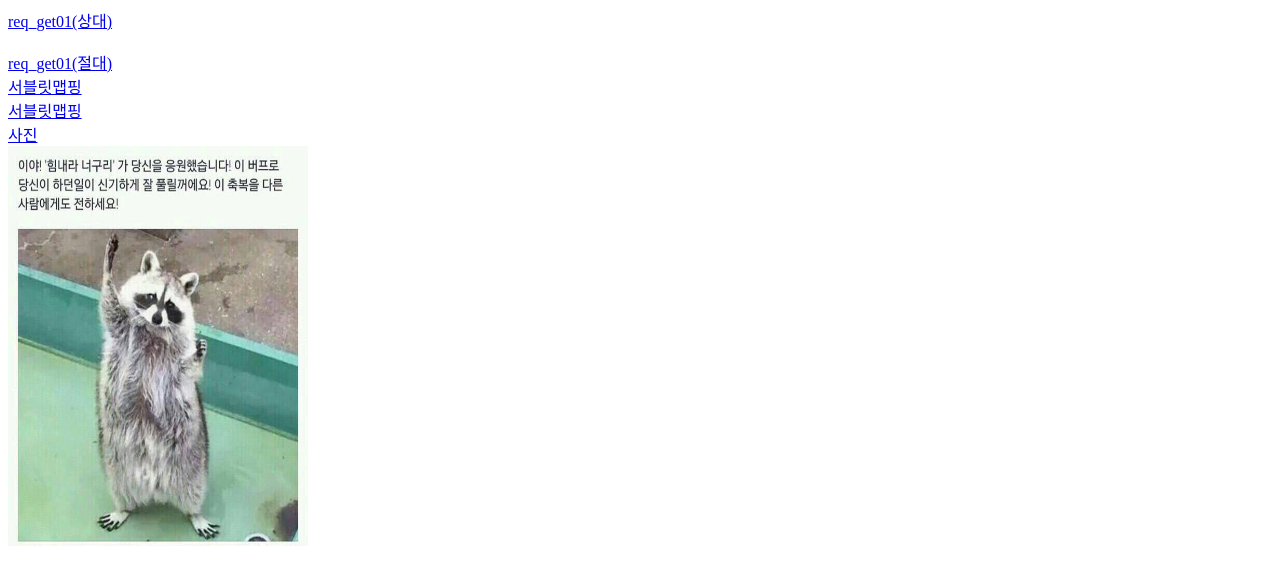
Repository: sun2898/JSP
Page: http://localhost/JSPBasic/path/test/path_quiz.jsp
The author's editor kept a copy of each file at every save. The page is drawn from the files as they stood at one save, then again after the next save.
The browser window is 1280 px wide. The pictures show the whole page.
The page is served by Tomcat 9. Other server files are loaded and not shown.

Above is the page before, as saved 2023-06-02 08:28:46.

### JSPBasic/src/main/webapp/path/test/path_quiz.jsp
<%@ page language="java" contentType="text/html; charset=UTF-8"
    pageEncoding="UTF-8"%>
<!DOCTYPE html>
<html>
<head>
<meta charset="UTF-8">
<title>Insert title here</title>
</head>
<body>
	<!-- a태그를 사용해서 req_get01페이지로 상대경로 -->
	<a href="../../request/req_get01.jsp">req_get01(상대)</a><br/>
	<br/>

	<!-- a태그를 사용해서 req_get01페이지로 절대경로(맵핑 경로를 확인) -->
	<a href="/JSPBasic/request/req_get01.jsp">req_get01(절대)</a><br/>

	<!-- a태그를 사용해서 DemoServlet으로 상대경로 -->
	<a href="../../banana">서블릿맵핑</a><br/>
	<!-- a태그를 사용해서 DemoServlet으로 절대경로 -->
	<a href="/JSPBasic/banana">서블릿맵핑</a><br/>
	<!-- jsptag폴더 밑에 있는 이미지를 띄운다. (img태그로) -->
	<a href="../../jsptag/364.jpg">사진</a><br/>
	<img src="../../jsptag/364.jpg" width="300" height="400">

</body>
</html>

After the next save:
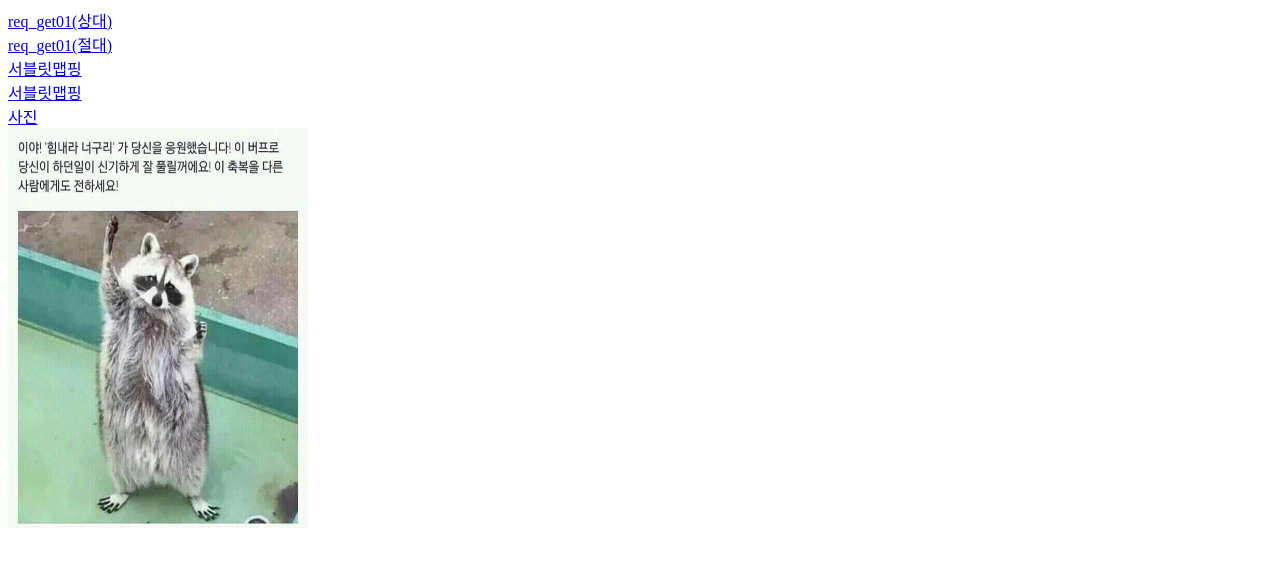
Saved 19 s later.
--- a/JSPBasic/src/main/webapp/path/test/path_quiz.jsp
+++ b/JSPBasic/src/main/webapp/path/test/path_quiz.jsp
@@ -8,18 +8,21 @@
 </head>
 <body>
 	<!-- a태그를 사용해서 req_get01페이지로 상대경로 -->
-	<a href="../../request/req_get01.jsp">req_get01(상대)</a><br/>
+	<a href="../../request/req_get01.jsp">req_get01(상대)</a>
 	<br/>
 
 	<!-- a태그를 사용해서 req_get01페이지로 절대경로(맵핑 경로를 확인) -->
-	<a href="/JSPBasic/request/req_get01.jsp">req_get01(절대)</a><br/>
-
+	<a href="/JSPBasic/request/req_get01.jsp">req_get01(절대)</a>
+	<br/>
 	<!-- a태그를 사용해서 DemoServlet으로 상대경로 -->
-	<a href="../../banana">서블릿맵핑</a><br/>
+	<a href="../../banana">서블릿맵핑</a>
+	<br/>
 	<!-- a태그를 사용해서 DemoServlet으로 절대경로 -->
-	<a href="/JSPBasic/banana">서블릿맵핑</a><br/>
+	<a href="/JSPBasic/banana">서블릿맵핑</a>
+	<br/>
 	<!-- jsptag폴더 밑에 있는 이미지를 띄운다. (img태그로) -->
-	<a href="../../jsptag/364.jpg">사진</a><br/>
+	<a href="../../jsptag/364.jpg">사진</a>
+	<br/>
 	<img src="../../jsptag/364.jpg" width="300" height="400">
 
 </body>
